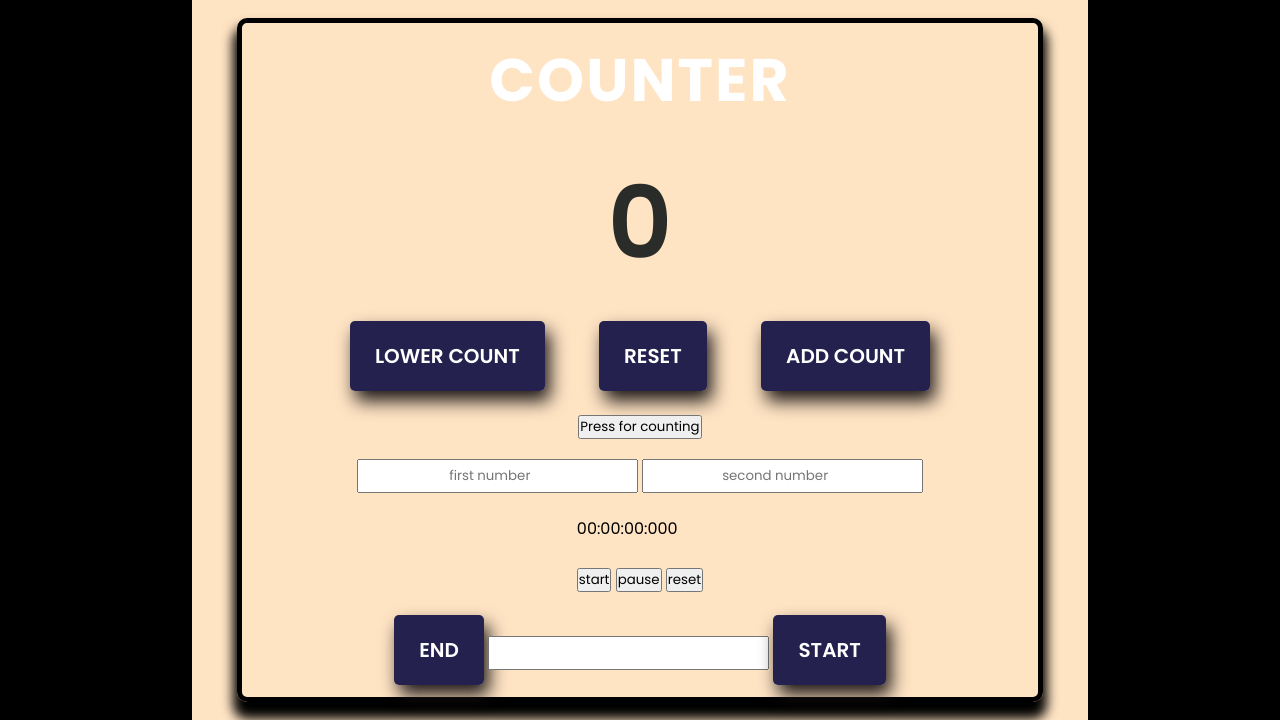
Repository: Seryozha02/Calculator
Page: index.html
An editor plug-in stored every save of this project. The page is shown before and after the next save, followed by the edit.
The browser window is 1280 px wide. The pictures show the whole page.

Above is the page before, as saved 2022-02-20 13:44:51.
Not found: script.js

After the next save:
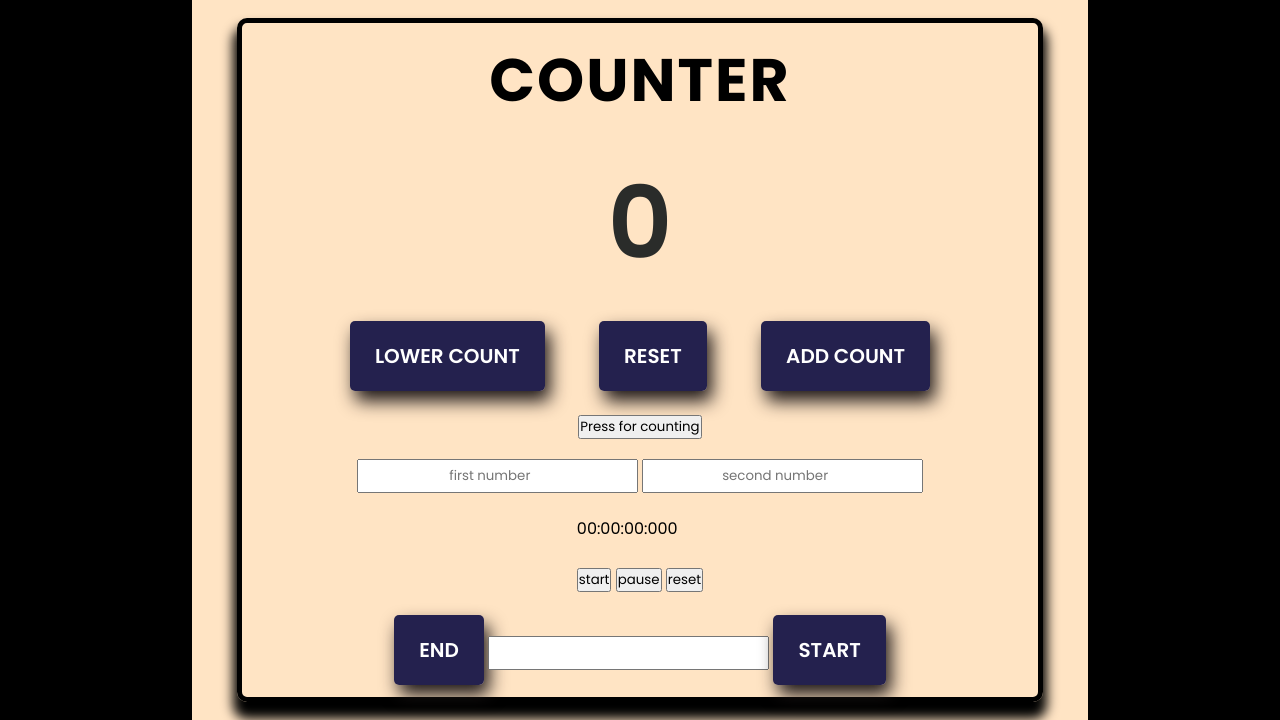
Saved 18 s later.
--- a/style.css
+++ b/style.css
@@ -47,7 +47,7 @@
     align-items: center;
     justify-content: center;
     letter-spacing: 2px;
-    color: white;
+    color: ;
     font-size: 30px;
 }
 
